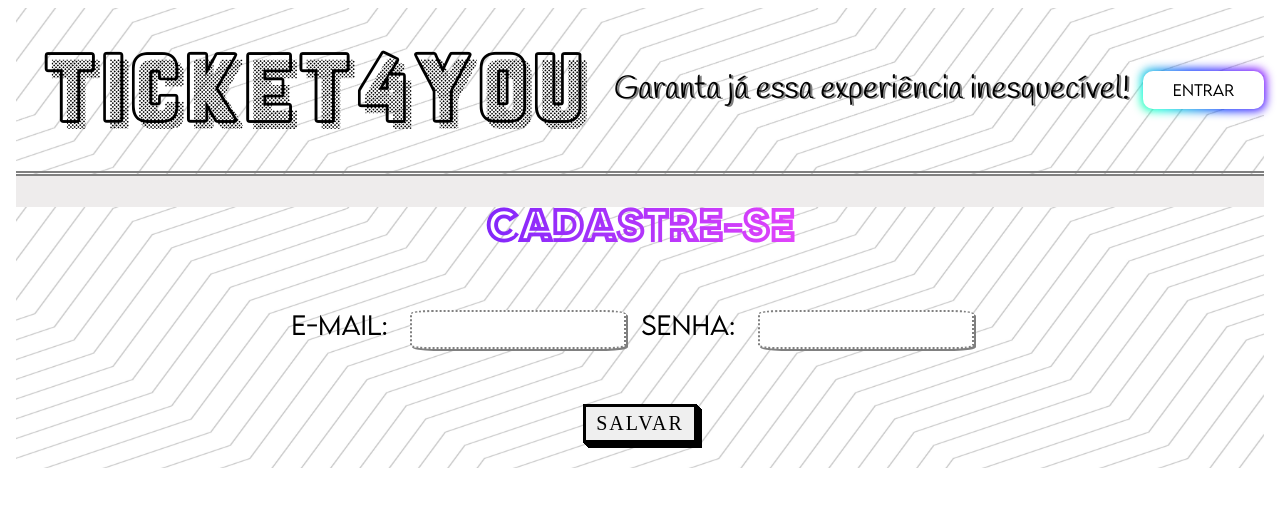
Repository: hellengurgaczz/projeto-DSA
Page: /login/cadastro
The author's editor kept a copy of each file at every save. The page is drawn from the files as they stood at one save, then again after the next save.
The browser window is 1280 px wide. The pictures show the whole page.
The project was rebuilt for these pictures with package versions that can differ from the ones it lists, and the page was loaded fresh each time. Also part of the build but not shown: angular.json, src/app/ingressos/templates/cadastrar/cadastrar.component.ts, src/app/models/ingresso.model.ts, src/app/services/ingresso.service.ts, src/app/compra/comprar-ingresso/comprar-ingresso.component.ts, src/app/models/compra.model.ts, src/app/services/compra.service.ts, src/app/ingressos/templates/deletar/deletar.component.ts and 3 more.

Above is the page before, as saved 2022-05-30 14:22:52.

### src/index.html
<!doctype html>
<html lang="en">
<head>
  <meta charset="utf-8">
  <title>ProjetoDSA</title>
  <base href="/">
  <meta name="viewport" content="width=device-width, initial-scale=1">
  <link rel="icon" type="image/x-icon" href="favicon.ico">
</head>
<body>
  <app-root></app-root>
</body>
</html>

### src/app/app.module.ts
import { NgModule } from '@angular/core';
import { BrowserModule } from '@angular/platform-browser';
import { HttpClientModule } from '@angular/common/http';

import { AppRoutingModule } from './app-routing.module';
import { BrowserAnimationsModule } from '@angular/platform-browser/animations';
import { AppComponent } from './app.component';
import { HeaderComponent } from './ingressos/templates/header/header.component';
import { CadastrarComponent } from './ingressos/templates/cadastrar/cadastrar.component';
import { ListarComponent } from './ingressos/templates/listar/listar.component';
import { DeletarComponent } from './ingressos/templates/deletar/deletar.component';
import { EditarComponent } from './ingressos/templates/editar/editar.component';

// imports angular material

import { FormsModule } from '@angular/forms';
import { ComprarIngressoComponent } from './compra/comprar-ingresso/comprar-ingresso.component';
import { LoginComponent } from './login/login.component';
import { LoginCadastroComponent } from './login/login-cadastro/login-cadastro.component';


@NgModule({
  imports: [
    BrowserModule,
    AppRoutingModule,
    HttpClientModule,
    BrowserAnimationsModule,
    FormsModule
  ],
  declarations: [
    AppComponent,
    HeaderComponent,
    CadastrarComponent,
    ListarComponent,
    DeletarComponent,
    EditarComponent,
    ComprarIngressoComponent,
    LoginComponent,
    LoginCadastroComponent
  ],
  providers: [],
  bootstrap: [AppComponent]
})
export class AppModule { }

### src/app/app-routing.module.ts
import { NgModule } from '@angular/core';
import { RouterModule, Routes } from '@angular/router';
import { CadastrarComponent } from './ingressos/templates/cadastrar/cadastrar.component';
import { ComprarIngressoComponent } from './compra/comprar-ingresso/comprar-ingresso.component';
import { DeletarComponent } from './ingressos/templates/deletar/deletar.component';
import { EditarComponent } from './ingressos/templates/editar/editar.component';
import { ListarComponent } from './ingressos/templates/listar/listar.component';
import { LoginComponent } from './login/login.component';
import { LoginCadastroComponent } from './login/login-cadastro/login-cadastro.component';

const routes: Routes = [
  {path: "", component: LoginComponent},
  {path: "cadastrar", component: CadastrarComponent},
  {path: "listar", component: ListarComponent},
  {path: "editar/:id", component: EditarComponent},
  {path: "deletar/:id", component: DeletarComponent},
  {path: "comprar/:id", component: ComprarIngressoComponent},
  {path: "login", component: LoginComponent},
  {path: "login/cadastro", component: LoginCadastroComponent}
];

@NgModule({
  imports: [RouterModule.forRoot(routes)],
  exports: [RouterModule]
})

export class AppRoutingModule { }

### src/app/app.component.ts
import { Component } from '@angular/core';

@Component({
  selector: 'app-root',
  templateUrl: './app.component.html',
  styleUrls: ['./app.component.css']
})
export class AppComponent {
  title = 'projeto-DSA';
}

### src/app/login/login-cadastro/login-cadastro.component.ts
import { Component, OnInit } from '@angular/core';
import { ActivatedRoute, Router } from '@angular/router';
import { Login } from 'src/app/models/login.model';
import { LoginService } from 'src/app/services/login.service';

@Component({
  selector: 'app-login-cadastro',
  templateUrl: './login-cadastro.component.html',
  styleUrls: ['./login-cadastro.component.css']
})
export class LoginCadastroComponent implements OnInit {

  login: Login = new Login();

  constructor(private loginService: LoginService, private router: Router, private route: ActivatedRoute) { }

  ngOnInit(): void {

  }

  salvarLogin() {
    // verifica se este login já não existe:
    if(!this.verificarLogin()) {
      this.loginService.cadastrarLogin(this.login).subscribe(() => {
        this.router.navigate(['/listar']);
      });
    }
  }

  verificarLogin() {
    this.loginService.verificarLogin();

    if(this.login && this.login.senha === this.login.senha) {
      return false;
    } else {
      return true;
    }
  }
}

### src/app/app.component.html
<body>
  <app-header></app-header>

  <main>

    <router-outlet></router-outlet>

  </main>
</body>

### src/app/app.component.css
body {
    background-color: rgba(146, 132, 132, 0.151);
}

### src/app/ingressos/templates/header/header.component.html

<div class="header">
    <div class="titulo">
        <h1 style="font-weight: lighter;">
            TICKET4YOU
        </h1>
        <h4 class="desc">
           Garanta já essa experiência inesquecível!
        </h4>
    </div>
    <div class="login">
        <a routerLink="./login">Entrar</a>
    </div>
</div>

### src/app/ingressos/templates/header/header.component.css
.header {
    display: flex;
    flex-direction: column end;
    background-image: url(../fonts/SL_042620_30310_10.jpg);
    background-size: cover;
    border-bottom: 5px double grey;
}

.titulo {
    display: flex;
    width: 95%;
    align-items: center;
    justify-content: center;
    flex-direction: column end;
    font-size: 25px;
    font-family:AMP;
    margin-left: 15px;
}

.desc{
  font-family: Sacramento;
  font-size: 32px;
  font-weight: normal;
  margin-left: 25px;
  text-shadow: 2px 1px grey;
}

.login {
    display: flex;
    flex-direction: column;
    justify-content: center;
    align-items: center;
}

a{
  padding: 0.6em 2em;
  border: none;
  text-decoration: none;
  font-family: LEMONMILK-Light;
  font-size: 15px;
  outline: none;
  color: rgb(0, 0, 0);
  background: rgb(255, 255, 255);
  cursor: pointer;
  position: relative;
  z-index: 0;
  border-radius: 10px;
  user-select: none;
  -webkit-user-select: none;
  touch-action: manipulation;
}

a::before{
  content: "";
  background: linear-gradient(
    45deg,
    #ff0000,
    #ff7300,
    #fffb00,
    #48ff00,
    #00ffd5,
    #002bff,
    #7a00ff,
    #ff00c8,
    #ff0000
  );
  position: absolute;
  top: -2px;
  left: -2px;
  background-size: 400%;
  z-index: -1;
  filter: blur(5px);
  -webkit-filter: blur(5px);
  width: calc(100% + 4px);
  height: calc(100% + 4px);
  animation: glowing-button-85 20s linear infinite;
  transition: opacity 0.3s ease-in-out;
  border-radius: 10px;
}

a::after{
  z-index: -1;
  content: "";
  position: absolute;
  width: 100%;
  height: 100%;
  background: rgb(255, 255, 255);
  left: 0;
  top: 0;
  border-radius: 10px;
}

@font-face{
  font-family: AMP;
  src:url(../fonts/AMP.ttf)
}

@font-face{
  font-family: LEMONMILK-Light;
  src: url(../fonts/LEMONMILK-Light.otf);
}

@font-face{
  font-family: Sacramento;
  src: url(../fonts/Handlee-Regular.ttf);
}

@keyframes glowing-button-85 {
  0% {
    background-position: 0 0;
  }
  50% {
    background-position: 400% 0;
  }
  100% {
    background-position: 0 0;
  }
}

### src/app/models/login.model.ts
export class Login {
    id: number = 0;
    email?: string;
    senha?: string;
    cpf?: string;
}

### src/app/services/login.service.ts
import { HttpClient } from '@angular/common/http';
import { Injectable } from '@angular/core';
import { ActivatedRoute, Router } from '@angular/router';
import { Observable } from 'rxjs';
import { Login } from '../models/login.model';

@Injectable({
  providedIn: 'root'
})
export class LoginService {

  login: Login = new Login();

  constructor(private http: HttpClient, private router: Router, private route: ActivatedRoute) { }

  URL = "http://localhost:3001/logins";

    buscarLogin(email : String) : Observable<Login>{
      return this.http.get<Login>(this.URL + "/");
    }

    cadastrarLogin(login : Login) : Observable<any> {
      console.log(login)
      return this.http.post(this.URL, login);
    }

    verificarLogin() {
      const email = this.route.snapshot.paramMap.get("email");
      this.buscarLogin(String(email)).subscribe((login) =>{
        this.login = login;
        return login;
      });
    }
}

### src/app/login/login-cadastro/login-cadastro.component.html
<body>
    <div class="cadastrarLogin">
      <h1>CADASTRE-SE</h1>
    </div>
  <form>
      <div class="titles">
          <form action="POST">
              <label for="email">E-mail: </label>
              <input type="text" name="email" [(ngModel)]="login.email">

              <label for="senha">Senha: </label>
              <input name="senha" type="password" [(ngModel)]="login.senha">

          </form>

      </div>
      <div class="acoes">
          <button class="btnSalvarLogin, primary" (click)="salvarLogin()">Salvar</button>
        </div>
  </form>

  </body>

### src/app/login/login-cadastro/login-cadastro.component.css
.cadastrarLogin{
  font-family: NEON;
  font-size: 23px;
  text-align: center;
  font-weight: bold;
  background-image: linear-gradient(to right, #560A86, #7122FA, #F148FB, #FFACFC);
  -webkit-background-clip: text;
  color: transparent;
  margin: 0;
}

.titles{
  font-family: LEMONMILK-Light;
  font-size: 25px;
  text-align: center;
  padding: 15px;
}

input{
  font-family: LEMONMILK-Light;
  padding: 9px;
  margin: 15px;
  border-radius: 10%;
  border-color: grey;
  border-style: dotted;
  box-shadow: 2px 2px grey;
}

body {
  background-image: url(../fonts/SL_042620_30310_10.jpg);
  background-size: cover;
  margin: 0;
}

.acoes{
  text-align: center;
  margin: 0;
}

button{
  font-family: LEMONMILKLight;
  font-size: 20px;
  letter-spacing: 2px;
  text-decoration: none;
  text-transform: uppercase;
  color: #000;
  cursor: pointer;
  border: 3px solid;
  padding: 0.25em 0.5em;
  box-shadow: 1px 1px 0px 0px, 2px 2px 0px 0px, 3px 3px 0px 0px, 4px 4px 0px 0px, 5px 5px 0px 0px;
  position: relative;
  user-select: none;
  -webkit-user-select: none;
  touch-action: manipulation;
  margin: 25px;
}

button:active{
  box-shadow: 0px 0px 0px 0px;
  top: 5px;
  left: 5px;
}

@font-face{
  font-family: NEON;
  src: url(../fonts/NEONLEDLight.otf)
}

@keyframes glowing {
  0% { background-position: 0 0; }
  50% { background-position: 400% 0; }
  100% { background-position: 0 0; }
}

Loaded but not shown: src/styles.css (common file); src/main.ts (common file); src/environments/environment.ts (common file); src/app/ingressos/templates/header/header.component.ts (common file)

After the next save:
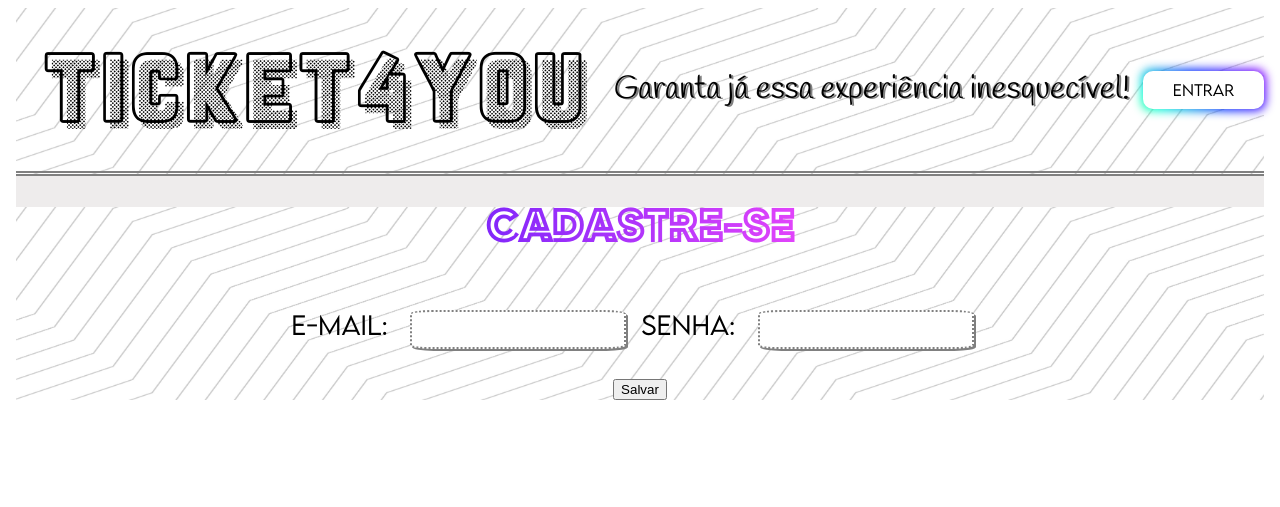
Saved 8 s later.
--- a/src/app/login/login-cadastro/login-cadastro.component.css
+++ b/src/app/login/login-cadastro/login-cadastro.component.css
@@ -37,7 +37,7 @@
   margin: 0;
 }
 
-button{
+.btnSalvarLogin{
   font-family: LEMONMILKLight;
   font-size: 20px;
   letter-spacing: 2px;
